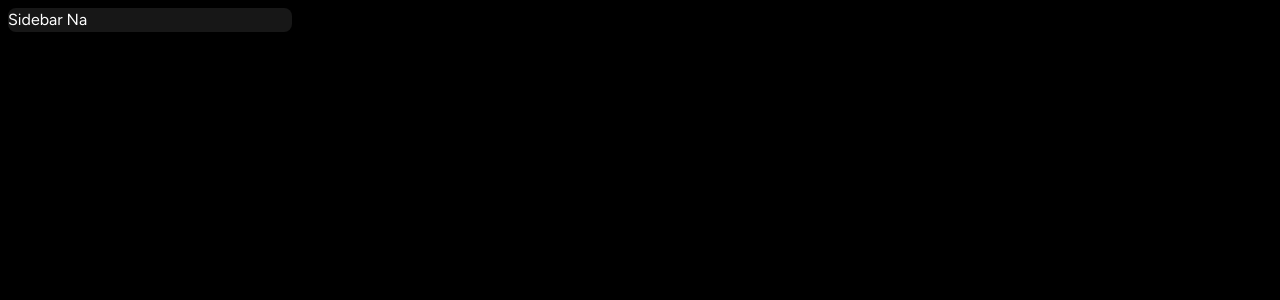
Repository: zecht12/ZechtCrowd
Page: /
The author's editor kept a copy of each file at every save. The page is drawn from the files as they stood at one save, then again after the next save.
The browser window is 1280 px wide. The pictures show the whole page.
The project was rebuilt for these pictures with package versions that can differ from the ones it lists, and the page was loaded fresh each time. The framework's server and built-in components were replaced by stand-ins that run in the browser. Also part of the build but not shown: next.config.js.

Above is the page before, as saved 2023-06-20 22:35:13.

After the next save:
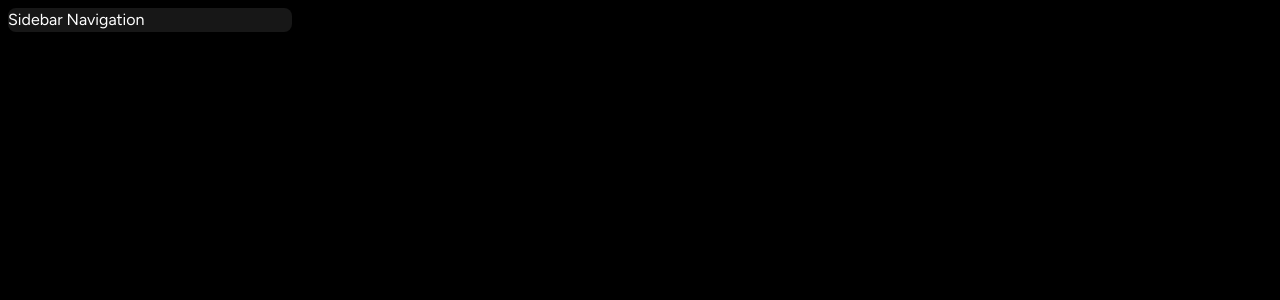
Saved 5 s later.
--- a/components/Sidebar.tsx
+++ b/components/Sidebar.tsx
@@ -31,7 +31,7 @@ const Sidebar: React.FC<SidebarProps> = ({children}) => {
         <div className='flex h-full'>
             <div className='hidden md:flex flex-col gap-y-2 bg-black w-[300px] h-full p-2'>
                 <Box>
-                    Sidebar Na
+                    Sidebar Navigation
                 </Box>
             </div>
         </div>
